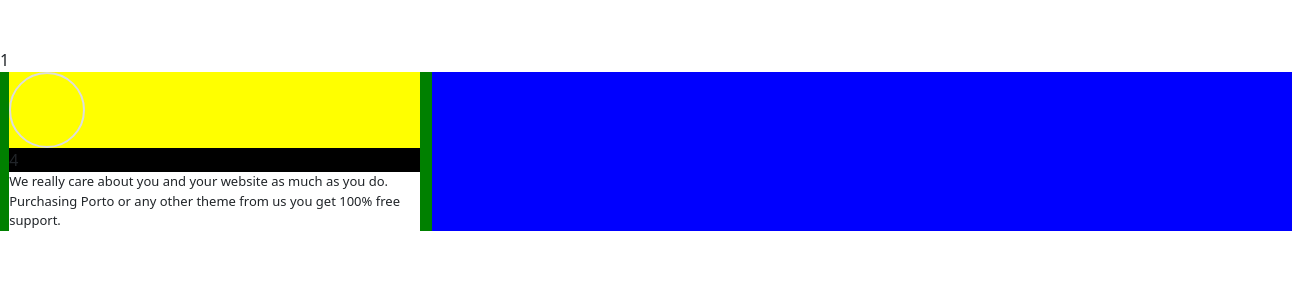
Repository: NguyenDo13/BE2-NhomH
Page: module-9/index/index.html
These files come from the project's save history. The page is drawn as it stood at one moment and after the next save; the edit follows.
The browser window is 1280 px wide. The page is 1292 px wide, so the pictures cover 1292 px, including what lies to the right of the window. The pictures show the whole page.

Above is the page before, as saved 2022-05-15 11:16:02.

After the next save:
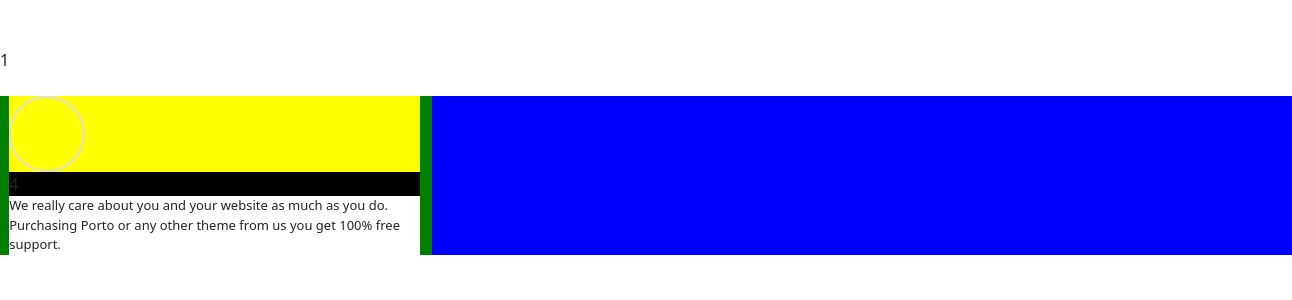
Saved 9 s later.
--- a/module-9/index/index.html
+++ b/module-9/index/index.html
@@ -14,23 +14,24 @@
 <body>
     <div class="pt-5 pb-4">
         <!-- chia hàng -->1
-        <div class="row">
-            <!-- chia cột -->2
-            <div class="vc_column_container col-md-4">
-                <div class="portoContainer">
-                    <div class="portoTop">
-                        <div class="portoTopicon">
-                            <i class="Simple-Line-Icons-action-undo"> </i>
-                        </div>
+    </div>
+    <div class="row">
+        <!-- chia cột -->2
+        <div class="vc_column_container col-md-4">
+            <div class="portoContainer">
+                <div class="portoTop">
+                    <div class="portoTopicon">
+                        <i class="Simple-Line-Icons-action-undo"> </i>
                     </div>
-                    <div class="portoheader">4</div>
-                    <div class="portodescription" style="font-size: 13px">
-                        We really care about you and your website as much as you do. Purchasing Porto or any other theme from us you get 100% free support.
-                    </div>
+                </div>
+                <div class="portoheader">4</div>
+                <div class="portodescription" style="font-size: 13px">
+                    We really care about you and your website as much as you do. Purchasing Porto or any other theme from us you get 100% free support.
                 </div>
             </div>
         </div>
     </div>
+    </div>
 </body>
 
 </html>

After the save that followed:
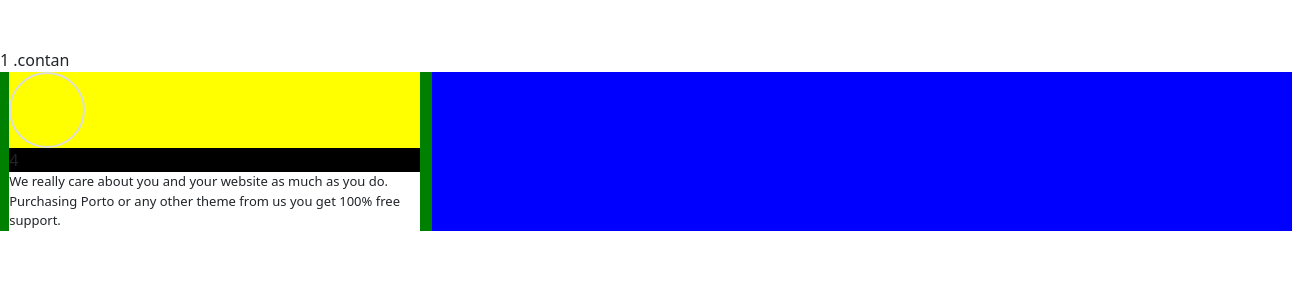
Saved 5 s later.
--- a/module-9/index/index.html
+++ b/module-9/index/index.html
@@ -13,25 +13,24 @@
 
 <body>
     <div class="pt-5 pb-4">
-        <!-- chia hàng -->1
-    </div>
-    <div class="row">
-        <!-- chia cột -->2
-        <div class="vc_column_container col-md-4">
-            <div class="portoContainer">
-                <div class="portoTop">
-                    <div class="portoTopicon">
-                        <i class="Simple-Line-Icons-action-undo"> </i>
+        <!-- chia hàng -->1 .contan
+        <div class="row">
+            <!-- chia cột -->2
+            <div class="vc_column_container col-md-4">
+                <div class="portoContainer">
+                    <div class="portoTop">
+                        <div class="portoTopicon">
+                            <i class="Simple-Line-Icons-action-undo"> </i>
+                        </div>
                     </div>
-                </div>
-                <div class="portoheader">4</div>
-                <div class="portodescription" style="font-size: 13px">
-                    We really care about you and your website as much as you do. Purchasing Porto or any other theme from us you get 100% free support.
+                    <div class="portoheader">4</div>
+                    <div class="portodescription" style="font-size: 13px">
+                        We really care about you and your website as much as you do. Purchasing Porto or any other theme from us you get 100% free support.
+                    </div>
                 </div>
             </div>
         </div>
     </div>
-    </div>
 </body>
 
 </html>
